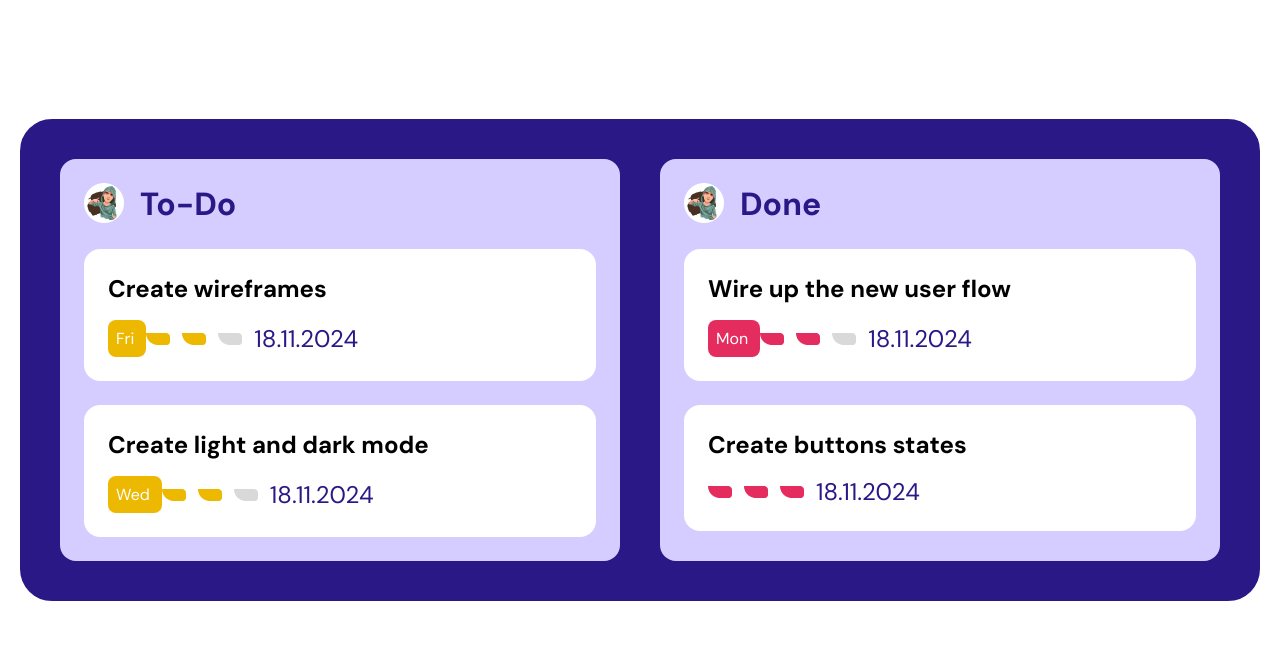
Repository: VitasYo/Kanban
Page: index.html
An editor plug-in stored every save of this project. The page is shown before and after the next save, followed by the edit.
The browser window is 1280 px wide. The pictures show the whole page.

Above is the page before, as saved 2024-04-15 20:29:31.

### index.html
<!DOCTYPE html>
<html lang="en">
<head>
  <meta charset="UTF-8">
  <meta name="viewport" content="width=device-width, initial-scale=1.0">
  <link rel="stylesheet" href="./src/assets/css/index.css">
  <title>To-Do-List-Kanban</title>
</head>
<body>
  <main class="kanban">
    <section class="kanban__column">
      <div class="kanban__title_and_icon">
        <img height=40 width=40 src="src/assets/img/Avatar.jpg" alt="Аватар">
        <h2 class="kanban__title">To-Do</h2>
      </div>
      <div class="card">
        <div class="card_title">Create wireframes</div>
        <div class="card_items">
          <div class="card_pin_yel">Fri</div>
          <div class="card_scale">
            <img class="card_scale_item" src="src/assets/img/yel_rect.png">
            <img class="card_scale_item" src="src/assets/img/yel_rect.png">
            <img class="card_scale_item" src="src/assets/img/grey_rect.png">
          </div>
          <div class="card_date">18.11.2024</div>
        </div>
      </div>
      <div class="card">
        <div class="card_title">Create light and dark mode</div>
        <div class="card_items">
          <div class="card_pin_yel">Wed</div>
          <div class="card_scale">
            <img class="card_scale_item" src="src/assets/img/yel_rect.png">
            <img class="card_scale_item" src="src/assets/img/yel_rect.png">
            <img class="card_scale_item" src="src/assets/img/grey_rect.png">
          </div>
          <div class="card_date">18.11.2024</div>
        </div>
      </div>
    </section>

    <section class="kanban__column">
      <div class="kanban__title_and_icon">
        <img height=40 width=40 src="src/assets/img/Avatar.jpg" alt="Аватар">
        <h2 class="kanban__title">Done</h2>
      </div>
      <div class="card">
        <div class="card_title">Wire up the new user flow</div>
        <div class="card_items">
          <div class="card_pin_red">Mon</div>
          <div class="card_scale">
            <img class="card_scale_item" src="src/assets/img/red_rect.png">
            <img class="card_scale_item" src="src/assets/img/red_rect.png">
            <img class="card_scale_item" src="src/assets/img/grey_rect.png">
          </div>
          <div class="card_date">18.11.2024</div>
        </div>
      </div>
      <div class="card">
        <div class="card_title">Create buttons states</div>
        <div class="card_items">
          <div class="card_scale">
            <img class="card_scale_item" src="src/assets/img/red_rect.png">
            <img class="card_scale_item" src="src/assets/img/red_rect.png">
            <img class="card_scale_item" src="src/assets/img/red_rect.png">
          </div>
          <div class="card_date">18.11.2024</div>
        </div>
      </div>
    </section>
  </main>
  </body>
<script src="./src/assets/js/index.js"></script>
</html>

### src/assets/css/index.css
@import url('https://fonts.googleapis.com/css2?family=DM+Sans:opsz,wght@9..40,100;9..40,200;9..40,300;9..40,400;9..40,500;9..40,600;9..40,700;9..40,800;9..40,900;9..40,1000&display=swap');
@import './component/_kanban.css';
@import './_media.css';



* {
  font-family: 'DM Sans', sans-serif;
}

* {
  box-sizing: border-box;
  margin: 0;
  padding: 0;
}

body {
  font-family: 'Arial', sans-serif;
  background-color: white;
  color: white;
  display: flex;
  flex-direction: column;
  min-height: 100vh;
}


.header__title,
.footer__text {
  margin: 0;
  padding: 10px 0;
}

.container {
  width: 100%;
  padding-right: 15px;
  padding-left: 15px;
  margin-right: auto;
  margin-left: auto;
}

### src/assets/css/component/_kanban.css
.kanban {
    display: flex;
    flex-wrap: wrap;
    justify-content: space-around;
    flex-grow: 1;
    flex: 0 0 100%;
    border-radius: 32px;
    border: 20px solid #2B1887;
    background-color: #2B1887;
    display: grid;
    grid-template-columns: 1fr 1fr;
    margin: auto;
}

.kanban__column {
    width: 560px;
    background-color: #D5CCFF;
    border-radius: 16px;
    padding: 24px;
    margin: 20px;
}

.kanban__title_and_icon {
    display: flex;
    width: 560px;
}

    .kanban__title {
        color: #2B1887;
        font-size: 32px;
        padding-left: 16px;
    }

.card {
    width: 512px;;
    background-color: white;
    border-radius: 16px;
    margin-block-start: 24px;
    padding: 24px;
}

    .card_title {
        color: black;
        font-size: 24px;
        font-weight: bold;
    }

    .card_items {
        margin-top: 16px;
        display: flex;
        align-items: center;
    }

        .card_pin_yel {
            padding: 8px;
            border-radius: 8px;
            background-color: #ECB800;
            padding-right: 12px;
        }

        .card_pin_red {
            padding: 8px;
            border-radius: 8px;
            background-color: #E42C5F;
            padding-right: 12px;
        }

        .card_scale {
            display: flex;
        }

            .card_scale_item {
                padding-right: 12px;
            }

        .card_date {
            font-size: 24px;
            color: #2B1887;
        }

### src/assets/css/_media.css
@media (min-width: 576px) {
    .container {
        max-width: 540px;
    }
}

@media (min-width: 768px) {
    .container {
        max-width: 720px;
    }
}

@media (min-width: 992px) {
    .container {
        max-width: 960px;
    }
}

@media (min-width: 1200px) {
    .container {
        max-width: 1140px;
    }
}

@media (min-width: 1400px) {
    .container {
        max-width: 1320px;
    }
}

@media screen and (min-width: 640px) {
    .kanban__column {
        flex: 0 0 calc(33.333% - 20px);
    }
}

Loaded but not shown: src/assets/js/index.js (no stored copy; drawn as an empty file)

After the next save:
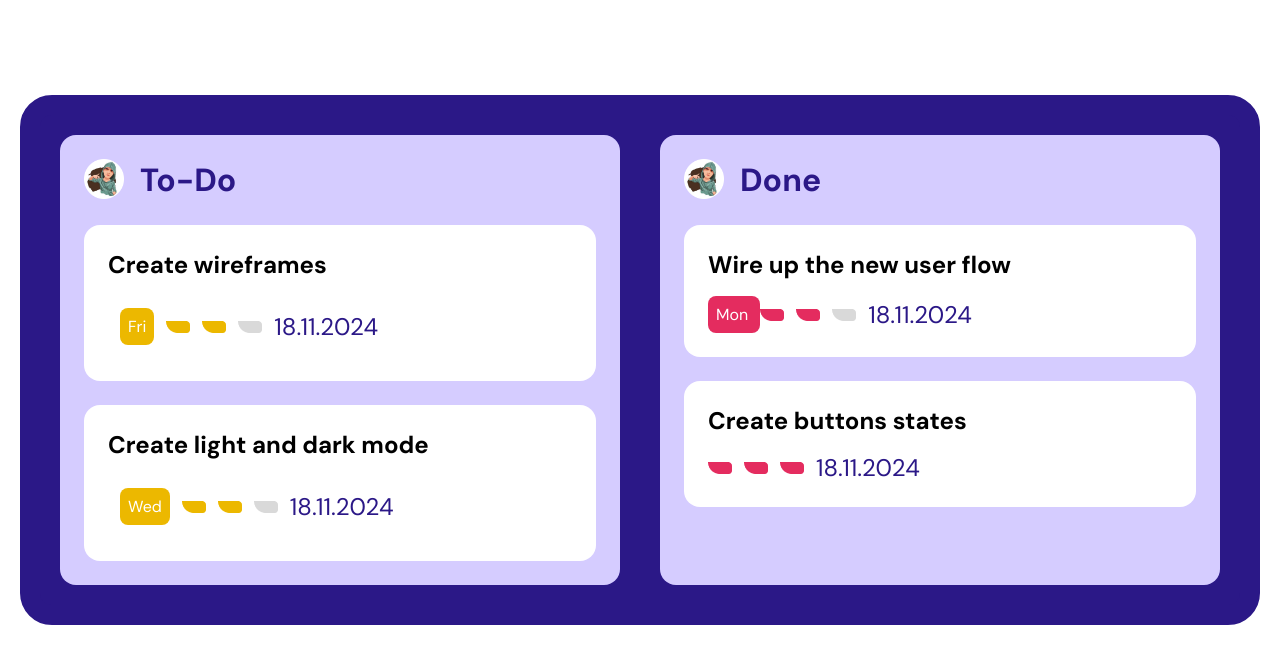
Saved 8 s later.
--- a/src/assets/css/component/_kanban.css
+++ b/src/assets/css/component/_kanban.css
@@ -55,7 +55,7 @@
             padding: 8px;
             border-radius: 8px;
             background-color: #ECB800;
-            padding-right: 12px;
+            margin: 12px;
         }
 
         .card_pin_red {
